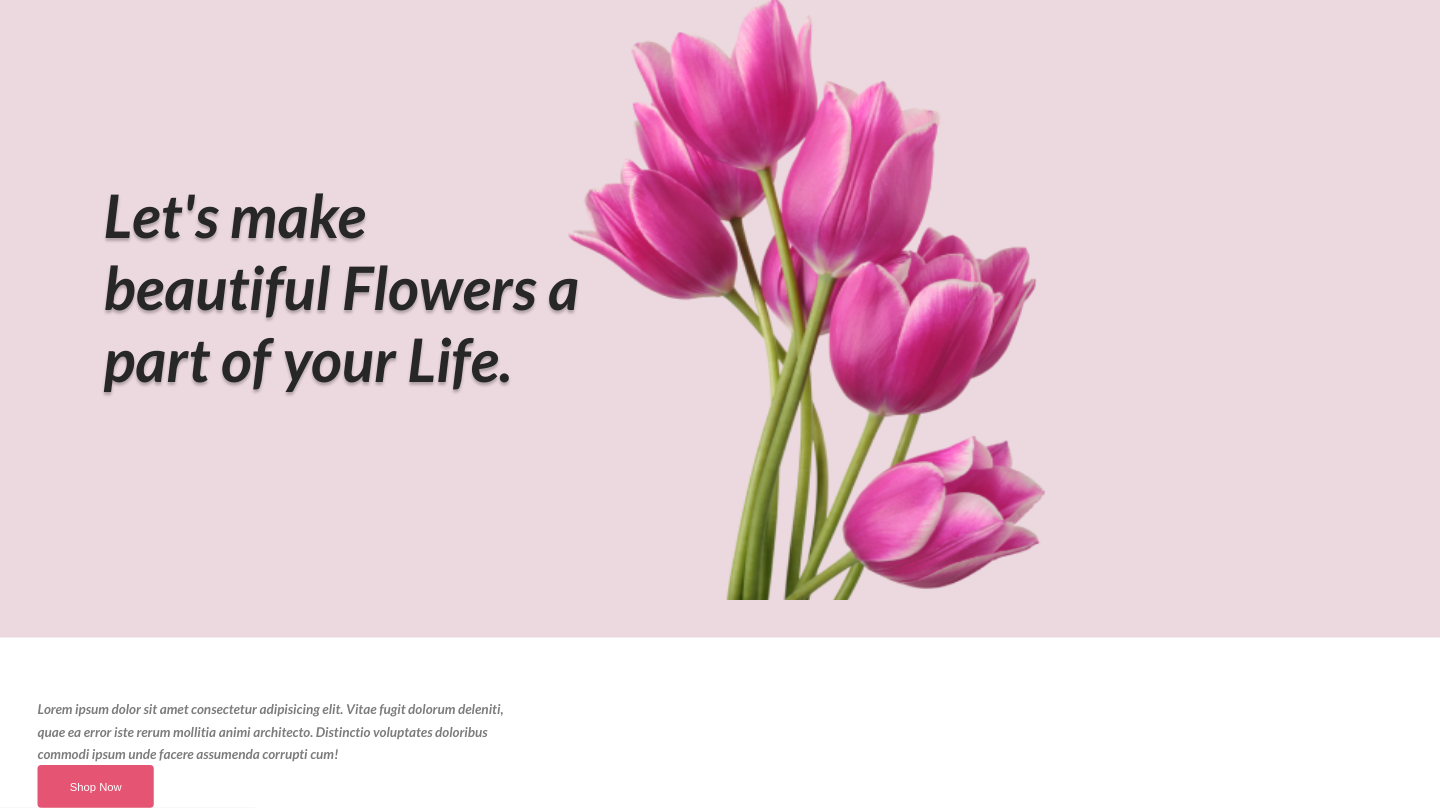
Repository: AnitaAkter/anita-flower-shop
Page: index.html
The author's editor kept a copy of each file at every save. The page is drawn from the files as they stood at one save, then again after the next save.
The browser window is 1280 px wide. The page is 1920 px wide, so the pictures cover 1920 px, including what lies to the right of the window. The pictures show the whole page, at 75% of full size.

Above is the page before, as saved 2023-09-04 20:42:04.

### index.html
<!DOCTYPE html>
<html lang="en">

<head>
    <meta charset="UTF-8">
    <meta http-equiv="X-UA-Compatible" content="IE=edge">
    <meta name="viewport" content="width=device-width, initial-scale=1.0">
    <title>Anita's Flower Shop</title>
    <link rel="preconnect" href="https://fonts.googleapis.com">
<link rel="preconnect" href="https://fonts.gstatic.com" crossorigin>
<link href="https://fonts.googleapis.com/css2?family=Lato:ital,wght@1,700&display=swap" rel="stylesheet">
    <link rel="stylesheet" href="style.css">
</head>

<body>
    <div>
        <header>
            <div class="header-intro">
                <h1>Let's make <br> beautiful Flowers a <br>part of your Life.</h1>
                <p>Lorem ipsum dolor sit amet consectetur adipisicing elit. Vitae fugit dolorum deleniti, quae ea error
                    iste rerum mollitia animi architecto. Distinctio voluptates doloribus commodi ipsum unde facere
                    assumenda corrupti cum!</p>
                <button class="header-btn">Shop Now</button>
            </div>
            <div class="header-pic">
                <img src="images/pngwing 6.png" alt="">
            </div>
        </header>

    </div>
</body>

</html>

### style.css
* {
    margin: 0;
    padding: 0;
    box-sizing: border-box;
}

body {
    font-family: 'Lato', sans-serif;
    font-weight: 900;
}

header {
    display: flex;
    background-color: hsl(342, 34%, 89%);
    width: 1920px;
    height: 850px;
}

.header-intro {
    margin-top: 80px;
    margin-left: 50px;
    width: 708px;
    height: 506px;

}

.header-intro h1 {
    color: #272727;
    text-shadow: 0px 4px 4px rgba(0, 0, 0, 0.25);
    font-family: Lato;
    font-size: 80px;
    font-style: normal;
    font-weight: 800;
    line-height: normal;
    width: 708px;
    height: 288px;
    margin-top: 158px;
    margin-left: 88px;
    margin-bottom: 404px;
    margin-right: 1124px;
}

.header-intro p {
    color: rgba(39, 39, 39, 0.60);
    font-family: Lato;
    font-size: 18px;
    font-style: normal;
    font-weight: 400;
    line-height: 30px;
    width: 634px;
    height: 90px;
    gap: 32px;
    /* 166.667% */
}

.header-btn {
    background-color: #E55473;
    border-radius: 5px;
    border: none;

    color: white;
    font-size: 15px;
    display: inline-flex;
    padding: 20px 43px;
    align-items: flex-start;
    gap: 10px;

}

.header-pic {
    width: 635px;
    height: 800px;
    margin-bottom: 0%;
    margin-right: auto;

}


.header-pic img {
    width: 635px;
    height: 800px;
}

After the next save:
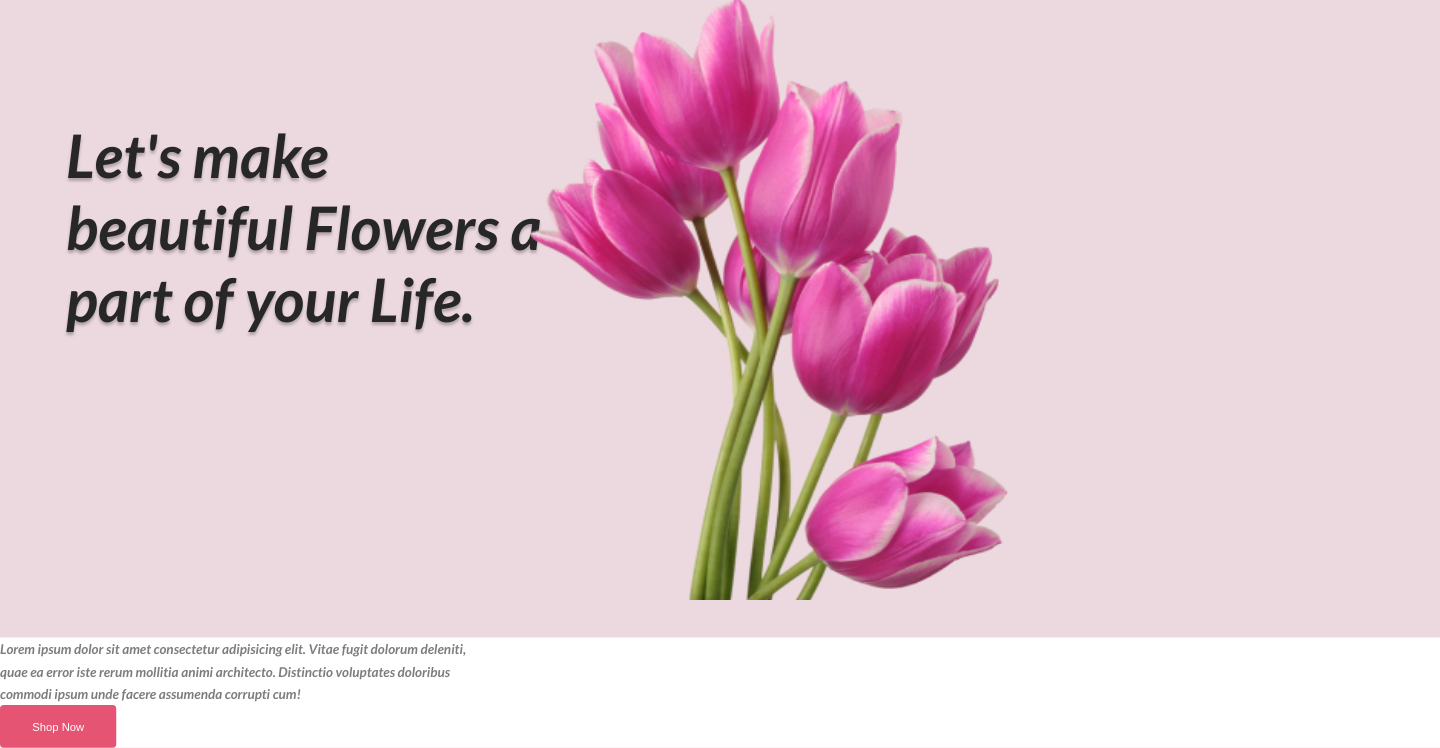
Saved 40 s later.
--- a/style.css
+++ b/style.css
@@ -17,8 +17,7 @@ header {
 }
 
 .header-intro {
-    margin-top: 80px;
-    margin-left: 50px;
+
     width: 708px;
     height: 506px;
 
